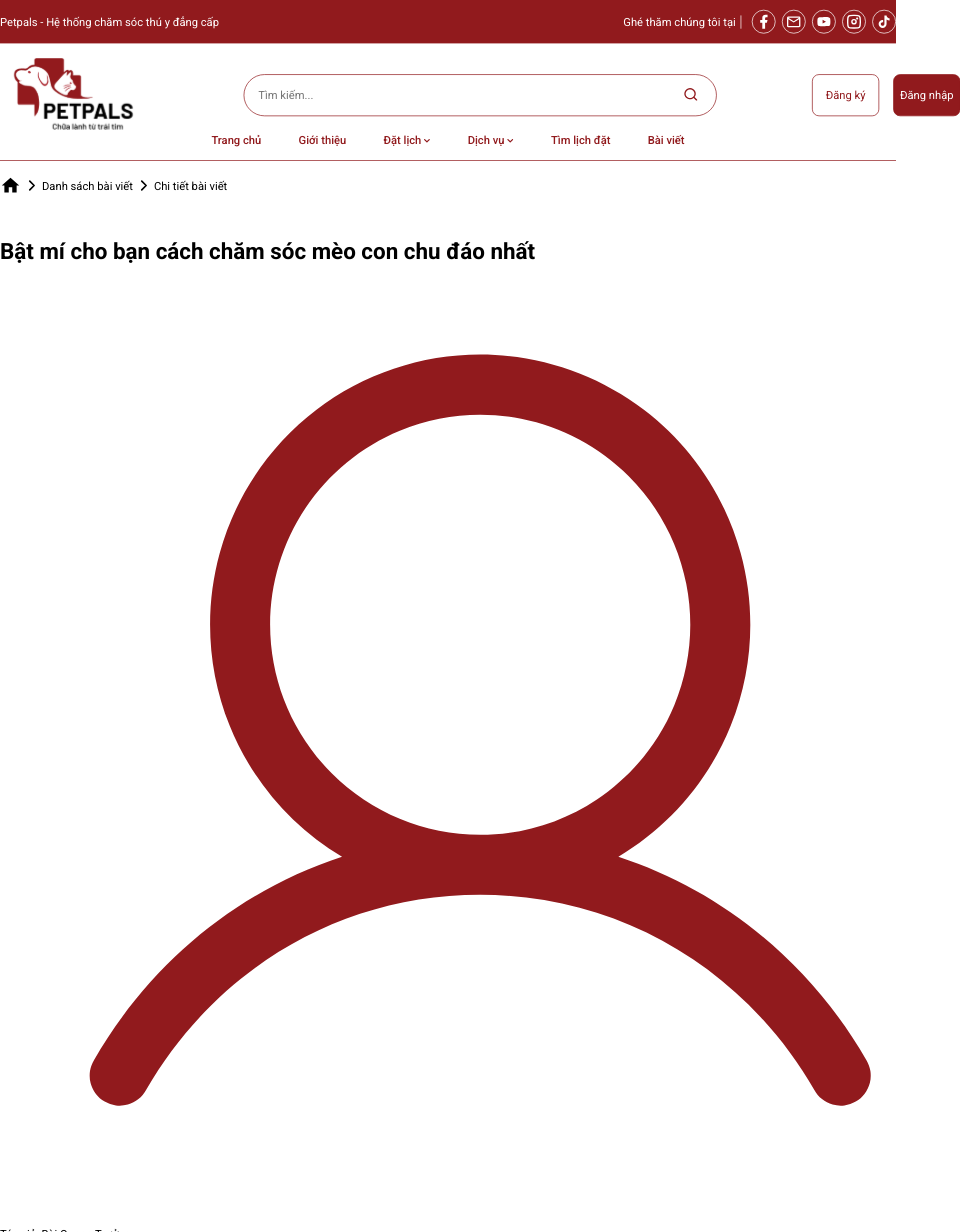
Repository: ahntrung1909/Petpals
Page: /danh-sach-bai-viet/chi-tiet-bai-viet (app in petpals-user-main/)
The author's editor kept a copy of each file at every save. The page is drawn from the files as they stood at one save, then again after the next save.
The browser window is 1280 px wide. The page is 1372 px wide, so the pictures cover 1372 px, including what lies to the right of the window. The pictures show the part of the page from y = 0 to 1760 px (the page is 3592 px tall before and 2377 px after), at 70% of full size.
The project was rebuilt for these pictures with package versions that can differ from the ones it lists, and the page was loaded fresh each time. The framework's server and built-in components were replaced by stand-ins that run in the browser. Also part of the build but not shown: petpals-user-main/next.config.js, petpals-user-main/next.config.mjs.

Above is the page before, as saved 2024-04-14 17:20:49.

### petpals-user-main/src/app/layout.js
import { Footer } from "@/components/Footer/Footer";
import "./global.scss";
import { Header } from "@/components/Header/Header";
import { ToastContainer } from "react-toastify";
import "react-toastify/dist/ReactToastify.css";
import { Button, ConfigProvider, Space } from "antd";

export const metadata = {
  title: "Petpals - Chữa lành từ trái tim",
  description: "Petpals",
};

export default function RootLayout({ children }) {
  return (
    <html lang="en">
      <body>
        <Header />
        <ToastContainer />
        <ConfigProvider
          theme={{
            token: {
              colorPrimary: "#911A1D",
              fontFamily: "Roboto",
            },
            components: {
              DatePicker: {
                inputFontSize: 16,
              },
              Menu: {
                itemBg: "transparent",
                subMenuItemBg: "transparent",
                activeBarBorderWidth: 0,
                itemSelectedBg: "rgba(145, 26, 29, 0.05)",
                itemBorderRadius: 0,
              },
            },
          }}
        >
          {children}
        </ConfigProvider>
        <Footer />
      </body>
    </html>
  );
}

### petpals-user-main/src/app/danh-sach-bai-viet/chi-tiet-bai-viet/page.js
import React from "react";
import "./style.scss";

export default function page() {
  return (
    <main>
      <div className="breadcrumb">
        <img src="/icon/ic_baseline-home.svg" alt="" />
        <img src="/icon/iconamoon_arrow-right-2.svg" alt="" />
        <p>Danh sách bài viết</p>
        <img src="/icon/iconamoon_arrow-right-2.svg" alt="" />
        <p>Chi tiết bài viết</p>
      </div>
      <div className="article-section">
        <div className="article-section-left">
          <h1 className="article-title">
            Bật mí cho bạn cách chăm sóc mèo con chu đáo nhất
          </h1>
          <div className="article-author-time">
            <div className="article-item">
              <img src="/icon/ph_user.svg" alt="" />
              <p>Tác giả: Bùi Quang Trưởng</p>
            </div>
            <div className="article-item">
              <img src="/icon/ph_user.svg" alt="" />
              <p>11/05/2024</p>
            </div>
          </div>
        </div>
      </div>
    </main>
  );
}

### petpals-user-main/src/components/Footer/Footer.js
import { Socialicon } from "../Socialicon/Socialicon";
import "./style.scss";
export const Footer = () => {
  return (
    <footer>
      <div className="row row-1">
        <div className="logo">
          <img src="/img/logo_am_ban.svg" alt="" />
        </div>
        <div className="working-time">Thời gian làm việc</div>
        <div className=" contact-info">Thông tin liên hệ</div>
      </div>
      <div className="row">
        <div className="about">
          Petpals là hệ thống bệnh viện thú y chất lượng cao. Chúng tôi sở hữu
          những y bác sĩ với nhiều năm kinh nghiệm cùng hệ thống trang thiết bị
          y tếhiện đại hứa hẹn sẽ đem lại cho bạn các giải pháp và dịch vụ chăm
          sóc thú cưng toàn diện và chuyên nghiệp TOP đầu tại Hà Nội.
        </div>
        <ul className="working-time-more">
          <li>Chúng tôi mở cửa tất cả các ngày trong tuần</li>
          <li>Khung giờ mở cửa 08:00-21:00</li>
          <li>Trực đêm từ 21:00</li>
        </ul>
        <ul className="contact-info-more">
          <li className="contact-item">
            <span>
              <img src="/icon/material-symbols_mail-outline.svg" alt="" />
            </span>
            petpal@gmail.com
          </li>
          <li className="contact-item">
            <span>
              <img src="/icon/ph_phone-fill.svg" alt="" />
            </span>
            0977354956
          </li>
          <li className="contact-item">
            <span>
              <img src="/icon/mdi_location.svg" alt="" />
            </span>
            Số 96, Định Công, Hà Nội
          </li>
          <li className="contact-item">
            <span>
              <img src="/icon/mdi_earth.svg" alt="" />
            </span>
            www.petpals.com
          </li>
        </ul>
      </div>
      <hr />
      <div className="footer-bottom">
        <Socialicon />
        <div>Copyright @ 2024 Petpals. All Rights Reverved</div>
      </div>
    </footer>
  );
};

### petpals-user-main/src/app/global.scss
@import url("https://fonts.googleapis.com/css2?family=Roboto:ital,wght@0,100;0,300;0,400;0,500;0,700;0,900;1,100;1,300;1,400;1,500;1,700;1,900&display=swap");
@import "../style/variable";
* {
  padding: 0;
  margin: 0;
  box-sizing: border-box;
}
body {
  font-family: "Roboto", sans-serif;
  font-size: 16px;
}
a {
  text-decoration: none;
  color: black;
}
ul,
li {
  list-style: none;
}
input,
textarea {
  width: 100%;
  border: none;
  outline: none;
  font-family: "Roboto", sans-serif;
  font-size: 16px;
}
img {
  width: 100%;
}
button {
  font-family: "Roboto", sans-serif;
  font-size: 16px;
}
label {
  font-family: "Roboto", sans-serif;
  font-size: 16px;
}

// custom scroll bar
::-webkit-scrollbar-track {
  background-color: #f5f5f5;
}

::-webkit-scrollbar {
  width: 6px;
  height: 6px;
  background-color: #f5f5f5;
}

::-webkit-scrollbar-thumb {
  background-image: linear-gradient($BROWN_500, $RED_500);
  // border-radius: 10px;
}
::-webkit-scrollbar-thumb:horizontal {
  background-image: linear-gradient(to right, $BROWN_500, $RED_500);
  // border-radius: 10px;
}

### petpals-user-main/src/app/danh-sach-bai-viet/chi-tiet-bai-viet/style.scss
@import "../../../style/variable";
@import "../../../style/base";

.article-section {
  width: 1372px;
  margin: 0 auto;
  margin-top: 60px;
}

### petpals-user-main/src/components/Socialicon/Socialicon.js
import "./style.scss";
export const Socialicon = () => {
  return (
    <div className="list-social-icon">
      <div className="icon-item">
        <img src="/icon/ri_facebook-fill.svg" alt="icon-facebook" />
      </div>
      <div className="icon-item">
        <img src="/icon/material-symbols_mail-outline.svg" alt="icon-mail" />
      </div>
      <div className="icon-item">
        <img src="/icon/mdi_youtube.svg" alt="icon-youtube" />
      </div>
      <div className="icon-item">
        <img src="/icon/lets-icons_insta.svg" alt="icon-insta" />
      </div>
      <div className="icon-item">
        <img src="/icon/ic_baseline-tiktok.svg" alt="icon-tiktok" />
      </div>
    </div>
  );
};

### petpals-user-main/src/components/Footer/style.scss
@import "../../style/variable";
footer {
  display: block;
  width: 100vw;
  height: 424px;
  background-color: $BROWN_500;
  padding: 20px 0;
}
.row {
  width: 1372px;
  margin: 0 auto;
  display: grid;
  grid-template-columns: repeat(12, 1fr);
  row-gap: 20px;
  color: white;
  margin-bottom: 20px;
}
.row-1 {
  align-items: flex-end;
}
.logo {
  width: 214px;
  grid-column: 1/5;
}
.working-time {
  grid-column: 6/10;
  position: relative;
  font-size: 24px;
  padding-bottom: 20px;
  &::after {
    content: "";
    width: 137px;
    height: 2px;
    background-color: white;
    position: absolute;
    left: 0;
    bottom: 0;
  }
}
.contact-info {
  position: relative;
  grid-column: 10/13;
  font-size: 24px;
  padding-bottom: 20px;
  &::after {
    content: "";
    width: 137px;
    height: 2px;
    background-color: white;
    position: absolute;
    left: 0;
    bottom: 0;
  }
}
.about {
  grid-column: 1/5;
  text-align: justify;
}
.working-time-more {
  grid-column: 6/10;
  display: flex;
  flex-direction: column;
  gap: 12px;
}
.contact-info-more {
  grid-column: 10/13;
  display: flex;
  flex-direction: column;
  gap: 12px;
}
.contact-item {
  display: flex;
  gap: 10px;
  align-items: center;
}
.footer-bottom {
  width: 1372px;
  margin: 0 auto;
  margin-top: 16px;
  color: white;
  display: flex;
  align-items: center;
  justify-content: space-between;
}

### petpals-user-main/src/style/_variable.scss
$BROWN_50: rgb(244, 232, 232);
$BROWN_100: rgb(221, 184, 185);
$BROWN_200: rgb(204, 150, 151);
$BROWN_300: rgb(181, 102, 104);
$BROWN_400: rgb(167, 72, 74);
$BROWN_500: rgb(145, 26, 29);
$BROWN_600: rgb(132, 24, 26);
$BROWN_700: rgb(103, 18, 21);
$BROWN_800: rgb(80, 14, 16);
$BROWN_900: rgb(61, 11, 12);
$RED_50: rgb(255, 247, 247);
$RED_100: rgb(255, 230, 231);
$RED_200: rgb(255, 217, 219);
$RED_300: rgb(255, 200, 202);
$RED_400: rgb(255, 189, 192);
$RED_500: rgb(255, 173, 176);
$RED_600: rgb(232, 157, 160);
$RED_700: rgb(181, 123, 125);
$RED_800: rgb(140, 95, 97);
$RED_900: rgb(107, 73, 74);
$BROWN_DARK_50: rgb(236, 233, 233);
$BROWN_DARK_100: rgb(195, 186, 186);
$BROWN_DARK_200: rgb(165, 152, 152);
$BROWN_DARK_300: rgb(124, 105, 106);
$BROWN_DARK_400: rgb(99, 76, 77);
$BROWN_DARK_500: rgb(60, 31, 32);
$BROWN_DARK_600: rgb(55, 28, 29);
$BROWN_DARK_700: rgb(43, 22, 23);
$BROWN_DARK_800: rgb(33, 17, 18);
$BROWN_DARK_900: rgba(25, 13, 13, 0.2);

### petpals-user-main/src/components/Header/style.scss
@import "../../style/_variable";

header {
  height: 230px;
  border-bottom: 1px solid $BROWN_500;
}
div:has(.wrap):nth-child(1) {
  background-color: $BROWN_500;
  height: 62px;
  display: flex;
  align-items: center;
}
.wrap {
  width: 1372px;
  margin: 0 auto;
}
.top-header {
  display: flex;
  justify-content: space-between;
  align-items: center;
  color: white;
}
.social-connect {
  display: flex;
  align-items: center;
  gap: 15px;
}
.social-connect > p {
  padding: 0px 7px;
  border-right: 1px solid white;
}
div:has(.wrap):nth-child(2) {
  padding-top: 18px;
}
.main-header {
  display: flex;
  align-items: center;
  justify-content: space-between;
}
.petpals-logo {
  display: block;
  width: 211px;
  height: 111px;
}
.header-main-right {
  display: flex;
  width: 1024px;
  justify-content: space-between;
  align-items: center;
}
.search-input {
  display: flex;
  position: relative;

  input {
    width: 676px;
    height: 60px;
    padding: 0px 60px 0px 20px;
    border: 1px solid $BROWN_500;
    border-radius: 99px;
    display: flex;
    justify-content: center;
    align-items: center;
  }
  .icon-item {
    right: 20px;
    top: 50%;
    transform: translateY(-50%);
    position: absolute;
    cursor: pointer;
  }
}
.btn-group {
  display: flex;
  gap: 20px;
  text-align: center;
  .btn {
    display: flex;
    justify-content: center;
    align-items: center;
    width: 96px;
    height: 60px;
    border: 1px solid $BROWN_500;
    border-radius: 10px;
    color: $BROWN_500;
  }
  .btn:nth-child(1):hover {
    background-color: $BROWN_500;
    color: white;
  }
  .btn:nth-child(2) {
    color: white;
    background-color: $BROWN_500;
    &:hover {
      background-color: $BROWN_300;
    }
  }
}
.nav {
  display: flex;
  align-items: center;
  justify-content: space-between;
  width: 676px;
  margin: 0 auto;
  color: $BROWN_500;
  font-weight: 500;
  z-index: 99;

  &-item {
    display: flex;
    position: relative;
    align-items: center;
    cursor: pointer;
    padding-bottom: 8px;
    &.active > span,
    &.active > a {
      font-weight: 900;
    }
    &:hover .sub-nav:not(.nav-2) {
      display: flex;
    }
    span {
      display: flex;
      justify-content: center;
      align-items: center;
      color: $BROWN_500;
    }
    a {
      display: flex;
      justify-content: center;
      align-items: center;
      color: $BROWN_500;
      width: 100%;
      height: 100%;
    }
    &:hover > a {
      color: $RED_500;
    }
    &:hover > span {
      color: $RED_500;
    }
  }
}
.sub-nav {
  position: absolute;
  z-index: 99;
  top: 100%;
  left: 0;
  border-radius: 10px;
  box-shadow: 0 15px 15px 15px rgba(0, 0, 0, 0.05);
  box-shadow: 0 15px 15px rgba(0, 0, 0, 0.1);
  border: 0.5px solid rgba(0, 0, 0, 0.15);
  background-color: white;
  padding: 8px;
  display: none;
  flex-direction: column;
  gap: 8px;
  &.nav-2 {
    position: absolute;
    top: 0;
    left: 100%;
    transform: translate(8px, -8px);
    display: none;
  }
  &-item {
    position: relative;
    display: flex;
    align-items: center;
    justify-content: space-between;
    &::after {
      content: "";
      width: 8px;
      height: 100%;
      position: absolute;
      top: 0;
      right: -8px;
    }
    &:hover {
      background-color: rgba(0, 0, 0, 0.05);
    }
    &:hover .sub-nav.nav-2 {
      display: flex;
    }
    a {
      width: 100%;
      height: 100%;
      display: flex;
      justify-content: left;
      padding: 12px 16px;
    }
    span {
      padding: 12px 16px;
    }
    &-active > span,
    &-active > a {
      font-weight: 600;
    }
  }
}
.user-login-controller {
  display: flex;
  align-items: center;
  gap: 8px;
  cursor: pointer;
  position: relative;

  &:hover .sub-nav {
    display: flex;
    left: inherit;
    right: 0;
  }
  .user-img {
    width: 56px;
    height: 56px;
    img {
      border-radius: 50%;
    }
  }
}
.icon-bell {
  width: 30px;
  height: 30px;
  position: relative;
  .number-bell {
    position: absolute;
    top: 0;
    right: 0;
    transform: translate(36%, -30%);
    width: 20px;
    height: 20px;
    font-size: 12px;
    font-weight: 500;
    color: white;
    display: flex;
    justify-content: center;
    align-items: center;
    background-color: $RED_500;
    border-radius: 50%;
  }
  .menu-bell {
    display: none;
    position: absolute;
    right: 0;
    bottom: -20px;
    transform: translateY(100%);
    background-color: white;
    width: 554px;
    height: 468px;
    padding: 20px;
    border-radius: 10px;
    z-index: 99;
    box-shadow: 0 0 8px 4px rgba(0, 0, 0, 0.2);
    &.menu-bell-active {
      display: block;
    }
    ::after {
      content: "";
      width: 20px;
      height: 20px;
      background-color: white;
      position: absolute;
      right: 14px;
      top: 0;
      transform: translate(0, -50%);
      rotate: 45deg;
    }
    h3 {
      text-transform: uppercase;
      color: $BROWN_500;
      font-size: 22px;
      margin-bottom: 10px;
    }
    .menu-item {
      display: flex;
      flex-direction: column;
      gap: 10px;
      padding: 8px 0;
      border-bottom: 1px solid rgba(0, 0, 0, 0.25);
      &:hover {
        background-color: $BROWN_50;
      }
      .content {
        font-size: 20px;
      }
      .time {
        font-size: 12px;
      }
      span {
        text-align: left;
        padding: 0 8px;
      }
    }
    .container {
      height: 400px;
      overflow: scroll;
    }
  }
  .overlay {
    display: none;
    position: fixed;
    width: 100vw;
    height: 100vh;
    inset: 0;
    z-index: 20;
    background-color: rgba(0, 0, 0, 0.25);
    cursor: pointer;
    &.overlay-active {
      display: block;
    }
  }
}

### petpals-user-main/src/style/_base.scss
.section-heading {
  width: fit-content;
  margin: 60px auto;
  color: $BROWN_500;
  position: relative;
  font-size: 24px;
  font-weight: 800;
  text-transform: uppercase;
  &::after {
    content: "";
    width: 80%;
    height: 3px;
    position: absolute;
    bottom: -16px;
    left: 50%;
    transform: translateX(-50%);
    background-color: $BROWN_500;
  }
}
.breadcrumb {
  width: 1372px;
  margin: 0 auto;
  display: flex;
  align-items: center;
  padding-top: 20px;
  img {
    width: 30px;
    height: 30px;
  }
}

### petpals-user-main/src/components/Socialicon/style.scss
.list-social-icon {
  display: flex;
  gap: 9px;
}
.icon-item {
  width: 34px;
  height: 34px;
  border: 1px solid white;
  padding: 4px;
  border-radius: 99px;
  display: flex;
  justify-content: center;
  align-items: center;
}

Loaded but not shown: petpals-user-main/src/components/Header/Header.js (334 lines, source omitted)

After the next save:
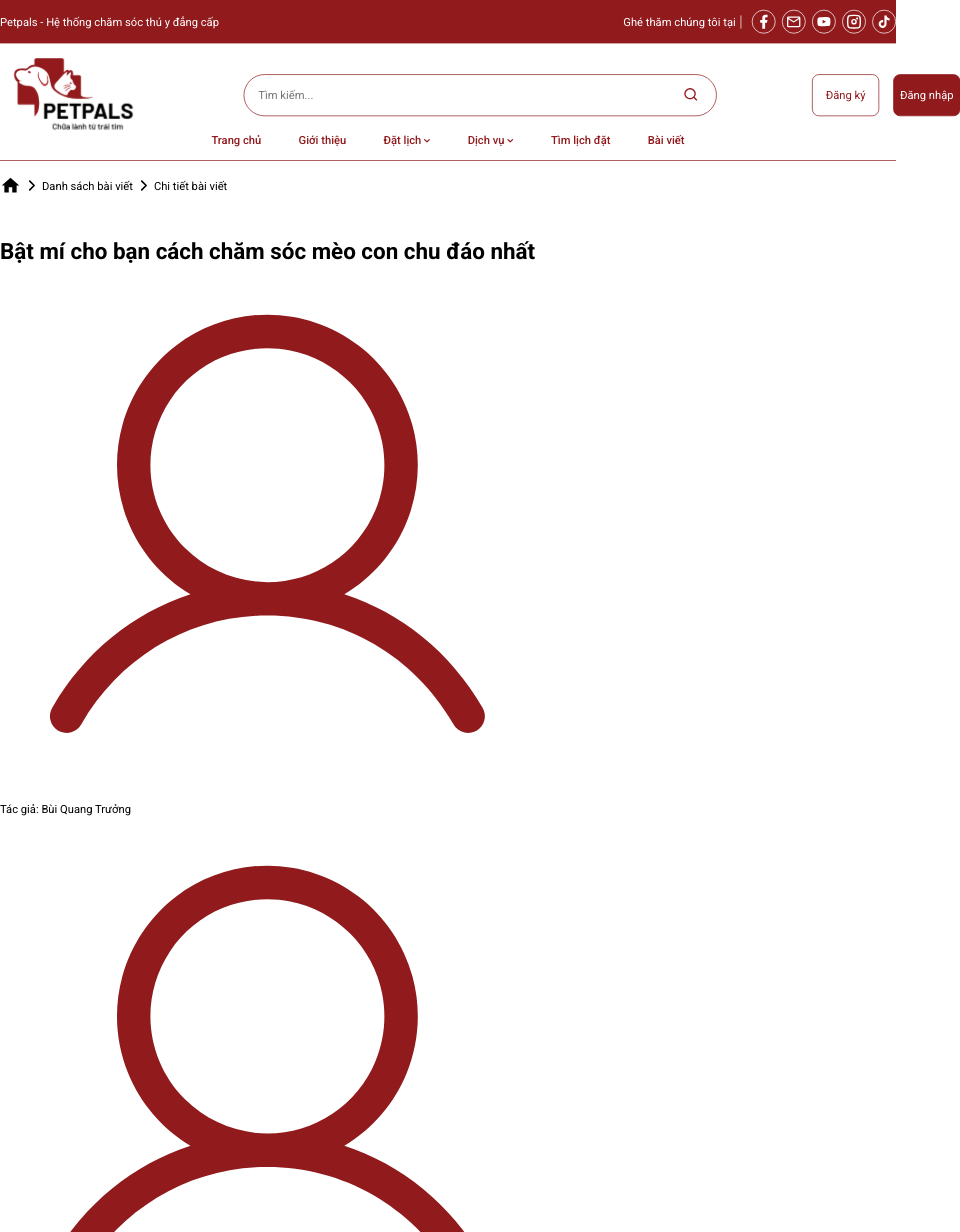
Saved 23 s later.
--- a/petpals-user-main/src/app/danh-sach-bai-viet/chi-tiet-bai-viet/style.scss
+++ b/petpals-user-main/src/app/danh-sach-bai-viet/chi-tiet-bai-viet/style.scss
@@ -5,4 +5,6 @@
   width: 1372px;
   margin: 0 auto;
   margin-top: 60px;
+  display: flex;
+  gap: 20px;
 }
